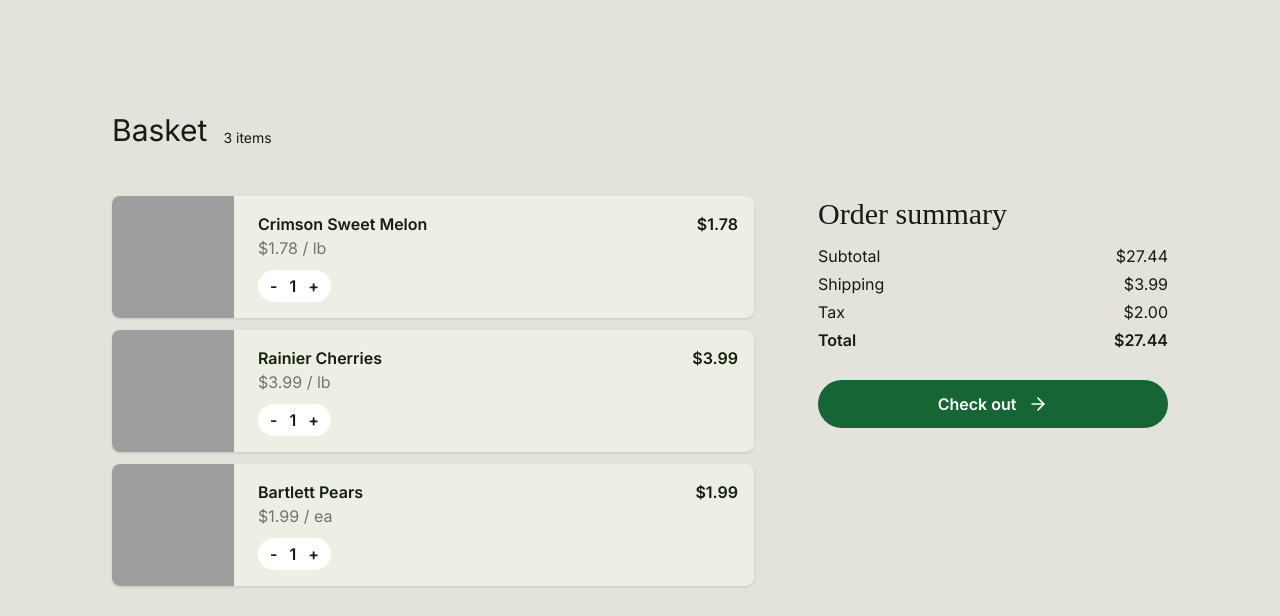
Repository: wswiselife/CSS
Page: / (app in figma-20240618/)
These files come from the project's save history. The page is drawn as it stood at one moment and after the next save; the edit follows.
The browser window is 1280 px wide. The pictures show the part of the page from y = 1280 to 1896 px (the page is 1896 px tall).
Pictures or frames that could not be fetched are drawn as grey boxes. Some web fonts or font styles are not loaded; a fallback is used. The project was rebuilt for these pictures with package versions that can differ from the ones it lists, and the page was loaded fresh each time. The framework's server and built-in components were replaced by stand-ins that run in the browser. Also part of the build but not shown: figma-20240618/next.config.mjs, figma-20240618/app/components/navbar/UserItem.tsx.

Above is the page before, as saved 2024-06-19 08:42:18.

After the next save:
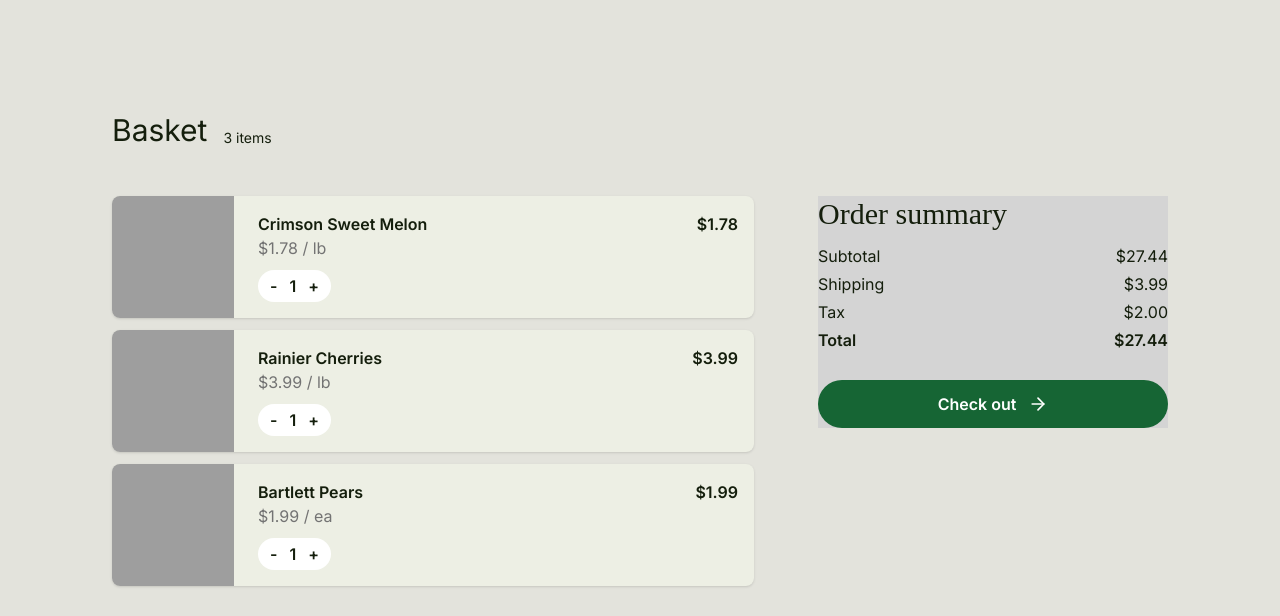
Saved 34 s later.
--- a/figma-20240618/app/components/Basket.tsx
+++ b/figma-20240618/app/components/Basket.tsx
@@ -87,7 +87,7 @@
                 </div>
 
                 {/* order summary */}
-                <div className="w-full md:w-[350px]">
+                <div className="w-full md:w-[350px] bg-neutral-300">
                     {/* title */}
                     <div className="text-3xl text-center md:text-left font-playwrite">
                         Order summary

After the save that followed:
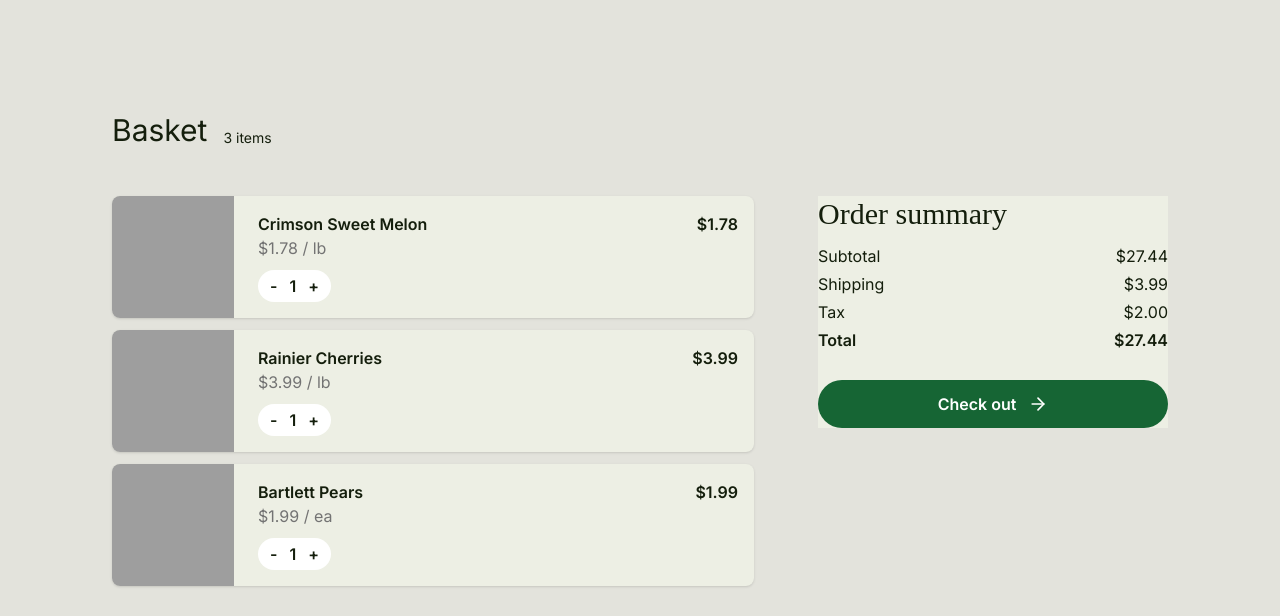
Saved 33 s later.
--- a/figma-20240618/app/components/Basket.tsx
+++ b/figma-20240618/app/components/Basket.tsx
@@ -87,7 +87,7 @@
                 </div>
 
                 {/* order summary */}
-                <div className="w-full md:w-[350px] bg-neutral-300">
+                <div className="w-full md:w-[350px] bg-[#edefe4]">
                     {/* title */}
                     <div className="text-3xl text-center md:text-left font-playwrite">
                         Order summary
